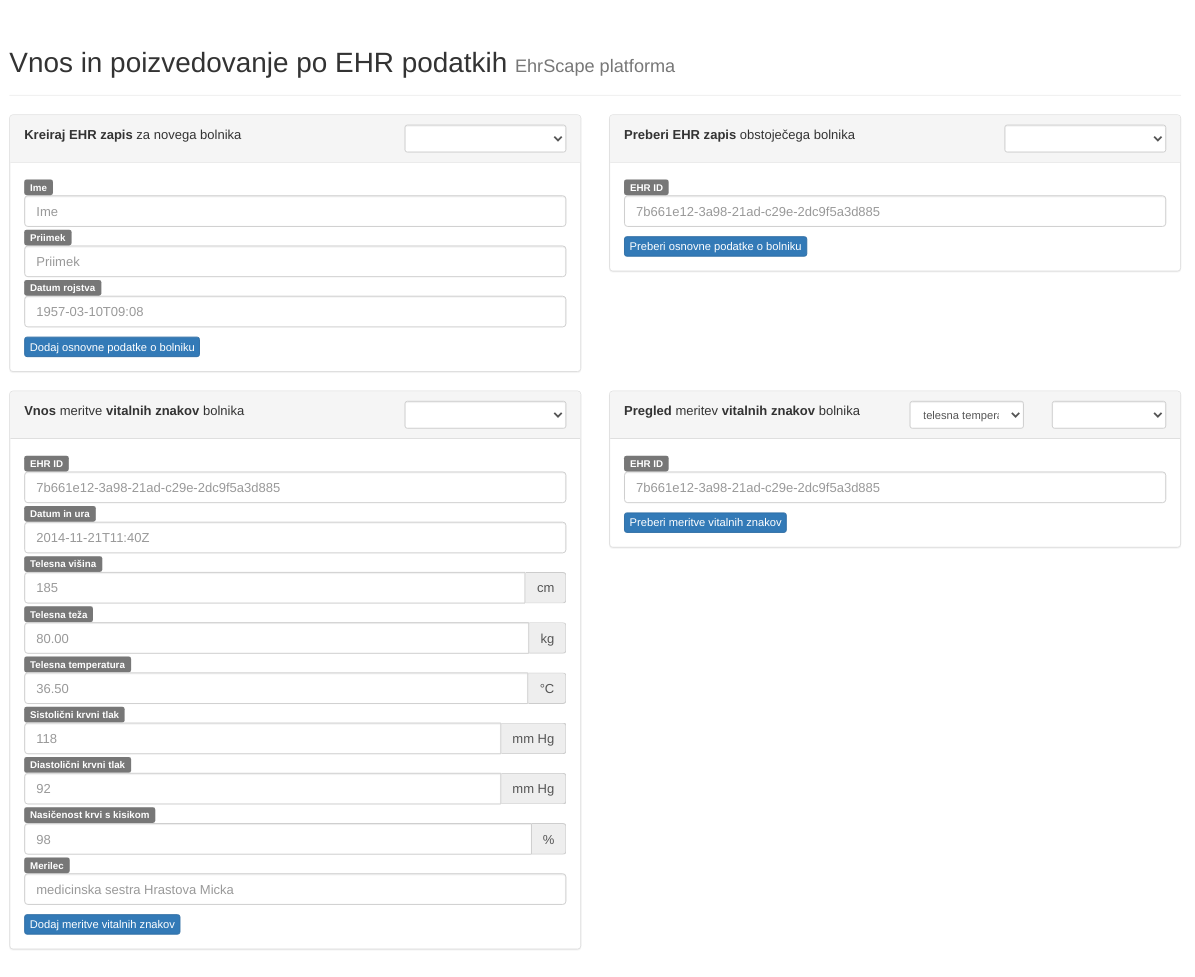
Repository: CheBato/ois-dn4
Page: index.html
The author's editor kept a record of every edit. The page is drawn from the files as they stood at one moment, then again after the next edit.
The browser window is 1280 px wide. The page is 1285 px wide, so the pictures cover 1285 px, including what lies to the right of the window. The pictures show the whole page, at 93% of full size.
Some web libraries are served in a nearby version.

Above is the page before.

### index.html

<!DOCTYPE html>
<html>
	<head>
	    <meta http-equiv="Content-Type" content="text/html; charset=UTF-8"/>
	    <title>EhrScape - Vnos in poizvedovanje po EHR podatkih</title>
	    <script src="https://ajax.googleapis.com/ajax/libs/jquery/2.1.0/jquery.min.js"></script>
	    <link href="https://maxcdn.bootstrapcdn.com/bootstrap/3.3.1/css/bootstrap.min.css" rel="stylesheet">
	    <script src="https://maxcdn.bootstrapcdn.com/bootstrap/3.3.1/js/bootstrap.min.js"></script>
	    <script src="demo.js"></script>
	    <style>
	  		body {padding: 10px;}
	  		.btn {margin-top: 10px;}
	  		.obvestilo {margin-left:10px;}
	  	</style>
	</head>
	<body>
		<div class="page-header"><h2>Vnos in poizvedovanje po EHR podatkih <small>EhrScape platforma</small></h2></div>
		<div class="row">
			<div class="col-lg-6 col-md-6 col-sm-6">
				<div class="panel panel-default">
					<div class="panel-heading">
						<div class="row">
							<div class="col-lg-8 col-md-8 col-sm-8"><b>Kreiraj EHR zapis</b> za novega bolnika</div>
							<div class="col-lg-4 col-md-4 col-sm-4"><select class="form-control input-sm" id="preberiPredlogoBolnika"><option value=""></option><option value="Pujsa,Pepa,1938-10-30T14:58">Pujsa Pepa</option></select></div>
						</div>
					</div>
					<div class="panel-body">
						<span class="label label-default">Ime</span><input id="kreirajIme" type="text" class="form-control input-mini" placeholder="Ime">
						<span class="label label-default">Priimek</span><input id="kreirajPriimek" type="text" class="form-control" placeholder="Priimek">
						<span class="label label-default">Datum rojstva</span><input id="kreirajDatumRojstva" type="text" class="form-control" placeholder="1957-03-10T09:08">
						<button type="button" class="btn btn-primary btn-xs" onclick="kreirajEHRzaBolnika()">Dodaj osnovne podatke o bolniku</button><span id="kreirajSporocilo"></span>
				  	</div>
				</div>
			</div>
			<div class="col-lg-6 col-md-6 col-sm-6">
				<div class="panel panel-default">
					<div class="panel-heading">
						<div class="row">
							<div class="col-lg-8 col-md-8 col-sm-8"><b>Preberi EHR zapis</b> obstoječega bolnika</div>
							<div class="col-lg-4 col-md-4 col-sm-4"><select class="form-control input-sm" id="preberiObstojeciEHR"><option value=""></option><option value="254f791d-2e7c-49d9-b646-376f62d6ead5">Dejan Lavbič</option><option value="d564c6a3-5a43-4fcc-bfa7-9ac76e9673bd">Pujsa Pepa</option><option value="b931580f-2b05-488b-985b-8d9ffb08ad02">Ata Smrk</option></select></div>
						</div>
					</div>
					<div class="panel-body">
						<span class="label label-default">EHR ID</span><input id="preberiEHRid" type="text" class="form-control input-mini" placeholder="7b661e12-3a98-21ad-c29e-2dc9f5a3d885">
						<button type="button" class="btn btn-primary btn-xs" onclick="preberiEHRodBolnika()">Preberi osnovne podatke o bolniku</button><span id="preberiSporocilo"></span>
				  	</div>
				</div>
			</div>
		</div>
		<div class="row">
			<div class="col-lg-6 col-md-6 col-sm-6">
				<div class="panel panel-default">
					<div class="panel-heading">
						<div class="row">
							<div class="col-lg-8 col-md-8 col-sm-8"><b>Vnos</b> meritve <b>vitalnih znakov</b> bolnika</div>
							<div class="col-lg-4 col-md-4 col-sm-4"><select class="form-control input-sm" id="preberiObstojeciVitalniZnak"><option value=""></option><option value="b931580f-2b05-488b-985b-8d9ffb08ad02|2014-11-21T11:40Z|185|80.0|36.50|118|92|98|medicinska sestra Smrketa">Ata Smrk</option></select></div>
						</div>
					</div>
					<div class="panel-body">
						<span class="label label-default">EHR ID</span><input id="dodajVitalnoEHR" type="text" class="form-control input-mini" placeholder="7b661e12-3a98-21ad-c29e-2dc9f5a3d885">
						<span class="label label-default">Datum in ura</span><input id="dodajVitalnoDatumInUra" type="text" class="form-control input-mini" placeholder="2014-11-21T11:40Z">
						<span class="label label-default">Telesna višina</span><div class="input-group"><input id="dodajVitalnoTelesnaVisina" type="text" class="form-control input-mini" placeholder="185"><span class="input-group-addon">cm</span></div>
						<span class="label label-default">Telesna teža</span><div class="input-group"><input id="dodajVitalnoTelesnaTeza" type="text" class="form-control input-mini" placeholder="80.00"><span class="input-group-addon">kg</span></div>
						<span class="label label-default">Telesna temperatura</span><div class="input-group"><input id="dodajVitalnoTelesnaTemperatura" type="text" class="form-control input-mini" placeholder="36.50"><span class="input-group-addon">°C</span></div>
						<span class="label label-default">Sistolični krvni tlak</span><div class="input-group"><input id="dodajVitalnoKrvniTlakSistolicni" type="text" class="form-control input-mini" placeholder="118"><span class="input-group-addon">mm Hg</span></div>
						<span class="label label-default">Diastolični krvni tlak</span><div class="input-group"><input id="dodajVitalnoKrvniTlakDiastolicni" type="text" class="form-control input-mini" placeholder="92"><span class="input-group-addon">mm Hg</span></div>
						<span class="label label-default">Nasičenost krvi s kisikom</span><div class="input-group"><input id="dodajVitalnoNasicenostKrviSKisikom" type="text" class="form-control input-mini" placeholder="98"><span class="input-group-addon">%</span></div>
						<span class="label label-default">Merilec</span><input id="dodajVitalnoMerilec" type="text" class="form-control input-mini" placeholder="medicinska sestra Hrastova Micka">
						<button type="button" class="btn btn-primary btn-xs" onclick="dodajMeritveVitalnihZnakov()">Dodaj meritve vitalnih znakov</button><span id="dodajMeritveVitalnihZnakovSporocilo"></span>
				  	</div>
				</div>
			</div>
			<div class="col-lg-6 col-md-6 col-sm-6">
				<div class="panel panel-default">
					<div class="panel-heading">
						<div class="row">
							<div class="col-lg-6 col-md-6 col-sm-6"><b>Pregled</b> meritev <b>vitalnih znakov</b> bolnika</div>
							<div class="col-lg-3 col-md-3 col-sm-3"><select class="form-control input-sm" id="preberiTipZaVitalneZnake"><option value="telesna temperatura">telesna temperatura</option><option value="telesna temperatura AQL">telesna temperatura (filter na podhladitev)</option><option value="telesna teža">telesna teža</option></select></div>
							<div class="col-lg-3 col-md-3 col-sm-3"><select class="form-control input-sm" id="preberiEhrIdZaVitalneZnake"><option value=""></option><option value="b931580f-2b05-488b-985b-8d9ffb08ad02">Ata Smrk</option><option value="d564c6a3-5a43-4fcc-bfa7-9ac76e9673bd">Pujsa Pepa</option></select></div>
						</div>
					</div>
					<div class="panel-body">
						<span class="label label-default">EHR ID</span><input id="meritveVitalnihZnakovEHRid" type="text" class="form-control input-mini" placeholder="7b661e12-3a98-21ad-c29e-2dc9f5a3d885">
						<button type="button" class="btn btn-primary btn-xs" onclick="preberiMeritveVitalnihZnakov('telesna temperatura')">Preberi meritve vitalnih znakov</button><span id="preberiMeritveVitalnihZnakovSporocilo"></span>
						<div id="rezultatMeritveVitalnihZnakov"></div>
				  	</div>
				</div>
			</div>
		</div>
	</body>
</html>

### demo.js

var baseUrl = 'https://rest.ehrscape.com/rest/v1';
var queryUrl = baseUrl + '/query';

var username = "ois.seminar";
var password = "ois4fri";

function getSessionId() {
    var response = $.ajax({
        type: "POST",
        url: baseUrl + "/session?username=" + encodeURIComponent(username) +
                "&password=" + encodeURIComponent(password),
        async: false
    });
    return response.responseJSON.sessionId;
}

function generator(){
	sessionID = getSessionId();
	window.location = "/index.html";
}
function kreirajEHRzaBolnika() {
	sessionId = getSessionId();

	var name = $("#kreirajIme").val();
	var lastname = $("#kreirajPriimek").val();
	var dateofbirth = $("#kreirajDatumRojstva").val();

	if (!name || !lastname || !dateofbirth || name.trim().length == 0 || lastname.trim().length == 0 || dateofbirth.trim().length == 0) {
		$("#kreirajSporocilo").html("<span class='obvestilo label label-warning fade-in'>Prosim vnesite zahtevane podatke!</span>");
	} else {
		$.ajaxSetup({
		    headers: {"Ehr-Session": sessionId}
		});
		$.ajax({
		    url: baseUrl + "/ehr",
		    type: 'POST',
		    success: function (data) {
		        var ehrId = data.ehrId;
		        var partyData = {
		            firstNames: name,
		            lastNames: lastname,
		            dateOfBirth: dateofbirth,
		            partyAdditionalInfo: [{key: "ehrId", value: ehrId}]
		        };
		        $.ajax({
		            url: baseUrl + "/demographics/party",
		            type: 'POST',
		            contentType: 'application/json',
		            data: JSON.stringify(partyData),
		            success: function (party) {
		                if (party.action == 'CREATE') {
		                    $("#kreirajSporocilo").html("<span class='obvestilo label label-success fade-in'>Success in making EHR '" + ehrId + "'.</span>");
		                    console.log("Success '" + ehrId + "'.");
		                    $("#preberiEHRid").val(ehrId);
		                }
		            },
		            error: function(err) {
		            	$("#kreirajSporocilo").html("<span class='obvestilo label label-danger fade-in'>Napaka '" + JSON.parse(err.responseText).userMessage + "'!");
		            	console.log(JSON.parse(err.responseText).userMessage);
		            }
		        });
		    }
		});
	}
}




function dodajMeritveVitalnihZnakov() {
	sessionId = getSessionId();

	var ehrId = $("#dodajVitalnoEHR").val();
	var datumUra = $("#dodajVitalnoDatumInUra").val();
	var tVisina = $("#dodajVitalnoTelesnaVisina").val();
	var tTeza = $("#dodajVitalnoTelesnaTeza").val();
	var tTemperatura = $("#dodajVitalnoTelesnaTemperatura").val();
	var sistolicniKrvniTlak = $("#dodajVitalnoKrvniTlakSistolicni").val();
	var diastolicniKrvniTlak = $("#dodajVitalnoKrvniTlakDiastolicni").val();
	var nasicenostKrviSKisikom = $("#dodajVitalnoNasicenostKrviSKisikom").val();
	var merilec = $("#dodajVitalnoMerilec").val();

	if (!ehrId || ehrId.trim().length == 0) {
		$("#dodajMeritveVitalnihZnakovSporocilo").html("<span class='obvestilo label label-warning fade-in'>Prosim vnesite pravilne podatke</span>");
	} else {
		$.ajaxSetup({
		    headers: {"Ehr-Session": sessionId}
		});
		var podatki = {
			// Preview Structure: https://rest.ehrscape.com/rest/v1/template/Vital%20Signs/example
		    "ctx/language": "en",
		    "ctx/territory": "SI",
		    "ctx/time": datumUra,
		    "vital_signs/height_length/any_event/body_height_length": tVisina,
		    "vital_signs/body_weight/any_event/body_weight": tTeza,
		   	"vital_signs/body_temperature/any_event/temperature|magnitude": tTemperatura,
		    "vital_signs/body_temperature/any_event/temperature|unit": "°C",
		    "vital_signs/blood_pressure/any_event/systolic": sistolicniKrvniTlak,
		    "vital_signs/blood_pressure/any_event/diastolic": diastolicniKrvniTlak,
		    "vital_signs/indirect_oximetry:0/spo2|numerator": nasicenostKrviSKisikom
		};
		var parametriZahteve = {
		    "ehrId": ehrId,
		    templateId: 'Vital Signs',
		    format: 'FLAT',
		    committer: merilec
		};
		$.ajax({
		    url: baseUrl + "/composition?" + $.param(parametriZahteve),
		    type: 'POST',
		    contentType: 'application/json',
		    data: JSON.stringify(podatki),
		    success: function (res) {
		    	console.log(res.meta.href);
		        $("#dodajMeritveVitalnihZnakovSporocilo").html("<span class='obvestilo label label-success fade-in'>" + res.meta.href + ".</span>");
		    },
		    error: function(err) {
		    	$("#dodajMeritveVitalnihZnakovSporocilo").html("<span class='obvestilo label label-danger fade-in'>Napaka '" + JSON.parse(err.responseText).userMessage + "'!");
				console.log(JSON.parse(err.responseText).userMessage);
		    }
		});
	}
}
function ime(){
	sessionId = getSessionId();
	var ehrId = $("#preberiEHRid").val();
	if (!ehrId || ehrId.trim().length == 0) {
		$("#test").html("");
		$("#preberiSporocilo").html("<span class='obvestilo label label-warning fade-in'>Prosim vnesite zahtevan podatek!");
	}else{
	$("#test").html("<div class='row'><div class='col-lg-9 col-md-9 col-sm-9'><div class='panel panel-default'><div class='panel-heading'><div class='row'><div class='col-lg-8 col-md-8 col-sm-8' id='Pacient'></div><div class='col-lg-9 col-md-9 col-sm-9' id='rojstvo'></div><div class='col-lg-8 col-md-8 col-sm-8' id='Gender'></div><div class='col-lg-8 col-md-8 col-sm-8'><select class='form-control input-sm' id='preberiTipZaVitalneZnake'><option value='telesna temperatura'>telesna temperatura</option><option value='telesna teža'>telesna teža</option></select></div></div></div>"+
	    					"<div class='panel-body'>"+
	    						"<button type='button' class='btn btn-primary btn-xs' onclick='preberiMeritve()'>Preberi meritve vitalnih znakov</button><span id='preberiMeritveVZ'></span>"+
	    						"<div id='rMeritveVZ'></div>"+
	    					"</div>"+
	    				"</div>"+
	    			"</div>"+
	    		"</div>");
	console.log(ehrId);
	$.ajax({
		url: baseUrl + "/demographics/ehr/" + ehrId + "/party",
	    	type: 'GET',
	    	headers: {"Ehr-Session": sessionId},
	    	success: function (data) {
				var party = data.party;
				$("#Pacient").html("<div>Pacient: "+party.firstNames+" "+party.lastNames+"</div>");
				$("#rojstvo").html("<div>Rojen: "+party.dateOfBirth+"</div>");
				$("#Gender").html("<div>Spol: "+party.gender+"</div>");

	    	}
	    	});
	}
}



function preberiMeritve() {
	sessionId = getSessionId();

	var ehrId = $("#preberiEHRid").val();
	var tip = $("#preberiTipZaVitalneZnake").val();

	if (!ehrId || ehrId.trim().length == 0 || !tip || tip.trim().length == 0) {
		$("#preberiMeritveVZ").html("<span class='obvestilo label label-warning fade-in'>Prosim vnesite zahtevane podateke!");
	} else {
		$.ajax({
			url: baseUrl + "/demographics/ehr/" + ehrId + "/party",
	    	type: 'GET',
	    	headers: {"Ehr-Session": sessionId},
	    	success: function (data) {
				var party = data.party;
				$("#rMeritveVZ").html("<br/><span><b>'" + tip + ":</span><br/><br/>");
				if (tip == "telesna temperatura") {
					$.ajax({
					    url: baseUrl + "/view/" + ehrId + "/" + "body_temperature",
					    type: 'GET',
					    headers: {"Ehr-Session": sessionId},
					    success: function (res) {
					    	if (res.length > 0) {
						    	var results = "<table class='table table-striped table-hover'><tr><th>Datum in ura</th><th class='text-right'>Telesna temperatura</th></tr>";
						        for (var i in res) {
						            results += "<tr><td>" + res[i].time + "</td><td class='text-right'>" + res[i].temperature + " " 	+ res[i].unit + "</td>";
						        }
						        results += "</table>";
						        $("#rMeritveVZ").append(results);
					    	} else {
					    		$("#preberiMeritveVZ").html("<span class='obvestilo label label-warning fade-in'>Ni podatkov!</span>");
					    	}
					    },
					    error: function() {
					    	$("#preberiMeritveVZ").html("<span class='obvestilo label label-danger fade-in'>Napaka '" + JSON.parse(err.responseText).userMessage + "'!");
							console.log(JSON.parse(err.responseText).userMessage);
					    }
					});
				} else if (tip == "telesna teža") {
					$.ajax({
					    url: baseUrl + "/view/" + ehrId + "/" + "weight",
					    type: 'GET',
					    headers: {"Ehr-Session": sessionId},
					    success: function (res) {
					    	if (res.length > 0) {
						    	var results = "<table class='table table-striped table-hover'><tr><th>Datum in ura</th><th class='text-right'>Telesna teža</th></tr>";
						        for (var i in res) {
						            results += "<tr><td>" + res[i].time + "</td><td class='text-right'>" + res[i].weight + " " 	+ res[i].unit + "</td>";
						        }
						        results += "</table>";
						        $("#rMeritveVZ").append(results);
					    	} else {
					    		$("#preberiMeritveVZ").html("<span class='obvestilo label label-warning fade-in'>Ni podatkov!</span>");
					    	}
					    },
					    error: function() {
					    	$("#preberiMeritveVZ").html("<span class='obvestilo label label-danger fade-in'>Napaka '" + JSON.parse(err.responseText).userMessage + "'!");
							console.log(JSON.parse(err.responseText).userMessage);
					    }
					});
			/*	} else if (tip == "telesna temperatura AQL") {
					var AQL =
						"select " +
    						"t/data[at0002]/events[at0003]/time/value as cas, " +
    						"t/data[at0002]/events[at0003]/data[at0001]/items[at0004]/value/magnitude as temperatura_vrednost, " +
    						"t/data[at0002]/events[at0003]/data[at0001]/items[at0004]/value/units as temperatura_enota " +
						"from EHR e[e/ehr_id/value='" + ehrId + "'] " +
						"contains OBSERVATION t[openEHR-EHR-OBSERVATION.body_temperature.v1] " +
						"where t/data[at0002]/events[at0003]/data[at0001]/items[at0004]/value/magnitude<35 " +
						"order by t/data[at0002]/events[at0003]/time/value desc " +
						"limit 10";
					$.ajax({
					    url: baseUrl + "/query?" + $.param({"aql": AQL}),
					    type: 'GET',
					    headers: {"Ehr-Session": sessionId},
					    success: function (res) {
					    	var results = "<table class='table table-striped table-hover'><tr><th>Datum in ura</th><th class='text-right'>Telesna temperatura</th></tr>";
					    	if (res) {
					    		var rows = res.resultSet;
						        for (var i in rows) {
						            results += "<tr><td>" + rows[i].cas + "</td><td class='text-right'>" + rows[i].temperatura_vrednost + " " 	+ rows[i].temperatura_enota + "</td>";
						        }
						        results += "</table>";
						        $("#rezultatMeritveVitalnihZnakov").append(results);
					    	} else {
					    		$("#preberiMeritveVitalnihZnakovSporocilo").html("<span class='obvestilo label label-warning fade-in'>Ni podatkov!</span>");
					    	}

					    },
					    error: function() {
					    	$("#preberiMeritveVitalnihZnakovSporocilo").html("<span class='obvestilo label label-danger fade-in'>Napaka '" + JSON.parse(err.responseText).userMessage + "'!");
							console.log(JSON.parse(err.responseText).userMessage);
					    }
					});
				}*/
				}
	    	},
	    	error: function(err) {
	    		$("#preberiMeritveVZ").html("<span class='obvestilo label label-danger fade-in'>Napaka '" + JSON.parse(err.responseText).userMessage + "'!");
				console.log(JSON.parse(err.responseText).userMessage);
	    	}
		});
	}
}


$(document).ready(function() {
	$('#preberiObstojeciEHR').change(function() {
		$("#preberiSporocilo").html("");
		$("#preberiEHRid").val($(this).val());
	});
	$('#preberiPredlogoBolnika').change(function() {
		$("#kreirajSporocilo").html("");
		var podatki = $(this).val().split(",");
		$("#kreirajIme").val(podatki[0]);
		$("#kreirajPriimek").val(podatki[1]);
		$("#kreirajDatumRojstva").val(podatki[2]);
	});
	$('#preberiObstojeciVitalniZnak').change(function() {
		$("#dodajMeritveVitalnihZnakovSporocilo").html("");
		var podatki = $(this).val().split("|");
		$("#dodajVitalnoEHR").val(podatki[0]);
		$("#dodajVitalnoDatumInUra").val(podatki[1]);
		$("#dodajVitalnoTelesnaVisina").val(podatki[2]);
		$("#dodajVitalnoTelesnaTeza").val(podatki[3]);
		$("#dodajVitalnoTelesnaTemperatura").val(podatki[4]);
		$("#dodajVitalnoKrvniTlakSistolicni").val(podatki[5]);
		$("#dodajVitalnoKrvniTlakDiastolicni").val(podatki[6]);
		$("#dodajVitalnoNasicenostKrviSKisikom").val(podatki[7]);
		$("#dodajVitalnoMerilec").val(podatki[8]);
	});
	$('#preberiEhrIdZaVitalneZnake').change(function() {
		$("#preberiMeritveVitalnihZnakovSporocilo").html("");
		$("#rezultatMeritveVitalnihZnakov").html("");
		$("#meritveVitalnihZnakovEHRid").val($(this).val());
	});
});

After the next edit:
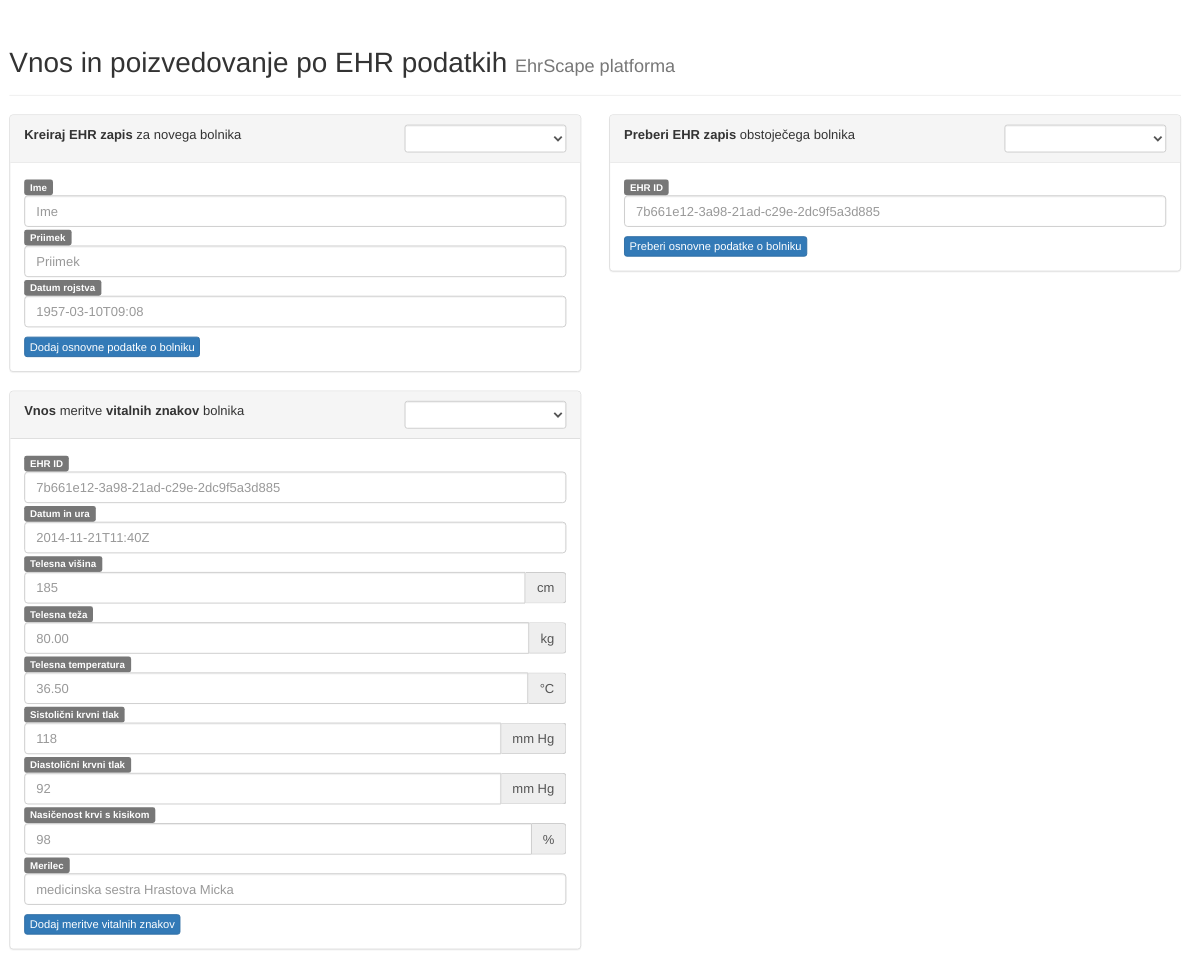
The edit:
--- a/index.html
+++ b/index.html
@@ -71,22 +71,7 @@
 				  	</div>
 				</div>
 			</div>
-			<div class="col-lg-6 col-md-6 col-sm-6">
-				<div class="panel panel-default">
-					<div class="panel-heading">
-						<div class="row">
-							<div class="col-lg-6 col-md-6 col-sm-6"><b>Pregled</b> meritev <b>vitalnih znakov</b> bolnika</div>
-							<div class="col-lg-3 col-md-3 col-sm-3"><select class="form-control input-sm" id="preberiTipZaVitalneZnake"><option value="telesna temperatura">telesna temperatura</option><option value="telesna temperatura AQL">telesna temperatura (filter na podhladitev)</option><option value="telesna teža">telesna teža</option></select></div>
-							<div class="col-lg-3 col-md-3 col-sm-3"><select class="form-control input-sm" id="preberiEhrIdZaVitalneZnake"><option value=""></option><option value="b931580f-2b05-488b-985b-8d9ffb08ad02">Ata Smrk</option><option value="d564c6a3-5a43-4fcc-bfa7-9ac76e9673bd">Pujsa Pepa</option></select></div>
-						</div>
-					</div>
-					<div class="panel-body">
-						<span class="label label-default">EHR ID</span><input id="meritveVitalnihZnakovEHRid" type="text" class="form-control input-mini" placeholder="7b661e12-3a98-21ad-c29e-2dc9f5a3d885">
-						<button type="button" class="btn btn-primary btn-xs" onclick="preberiMeritveVitalnihZnakov('telesna temperatura')">Preberi meritve vitalnih znakov</button><span id="preberiMeritveVitalnihZnakovSporocilo"></span>
-						<div id="rezultatMeritveVitalnihZnakov"></div>
-				  	</div>
-				</div>
-			</div>
+
 		</div>
 	</body>
 </html>
